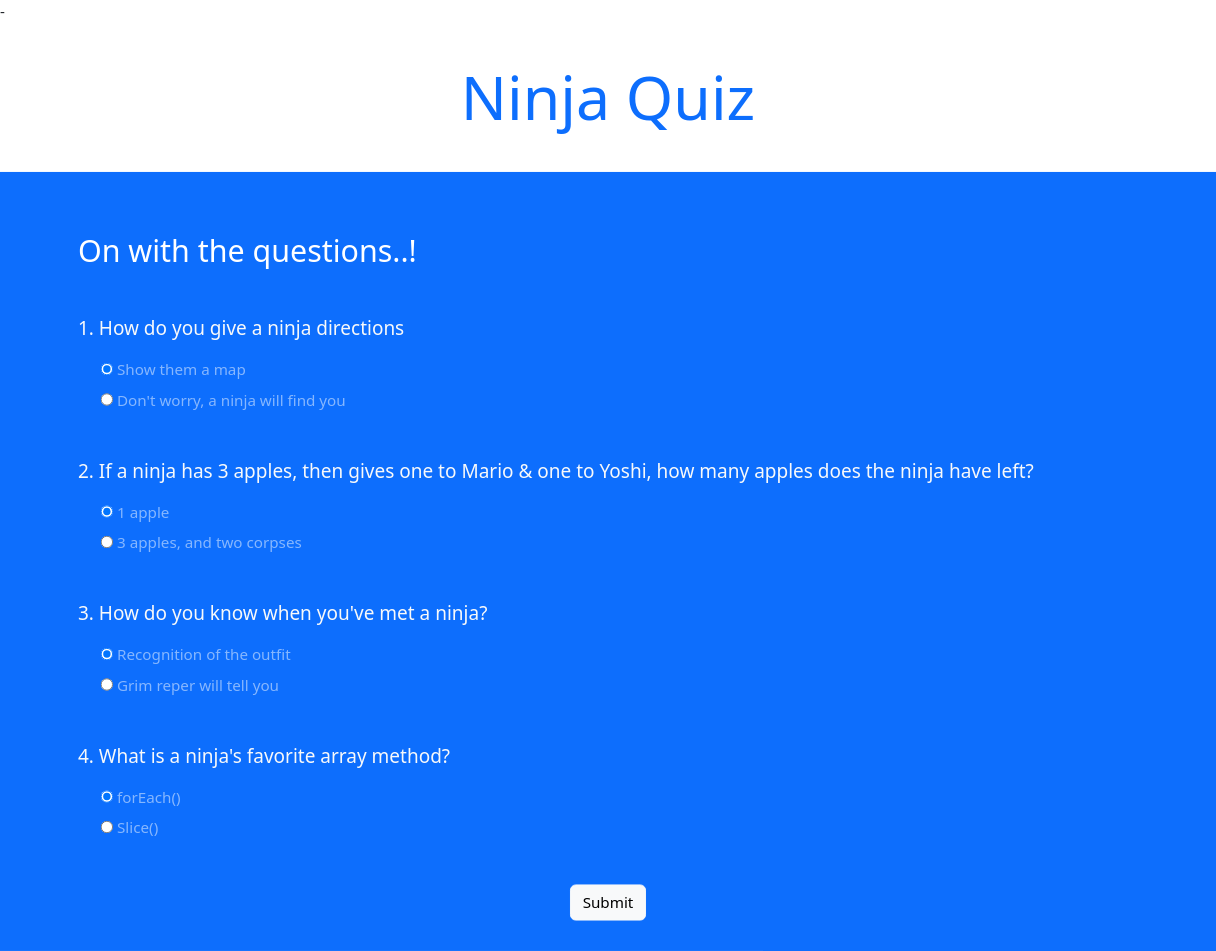
Repository: Programmer-RD-AI/Modern-JavaScript-Complete-guide-from-Novice-to-Ninja
Page: ninja_quiz/index.html
An editor plug-in stored every save of this project. The page is shown before and after the next save, followed by the edit.
The browser window is 1280 px wide. The pictures show the whole page, at 95% of full size.

Above is the page before, as saved 2023-12-26 15:54:23.

After the next save:
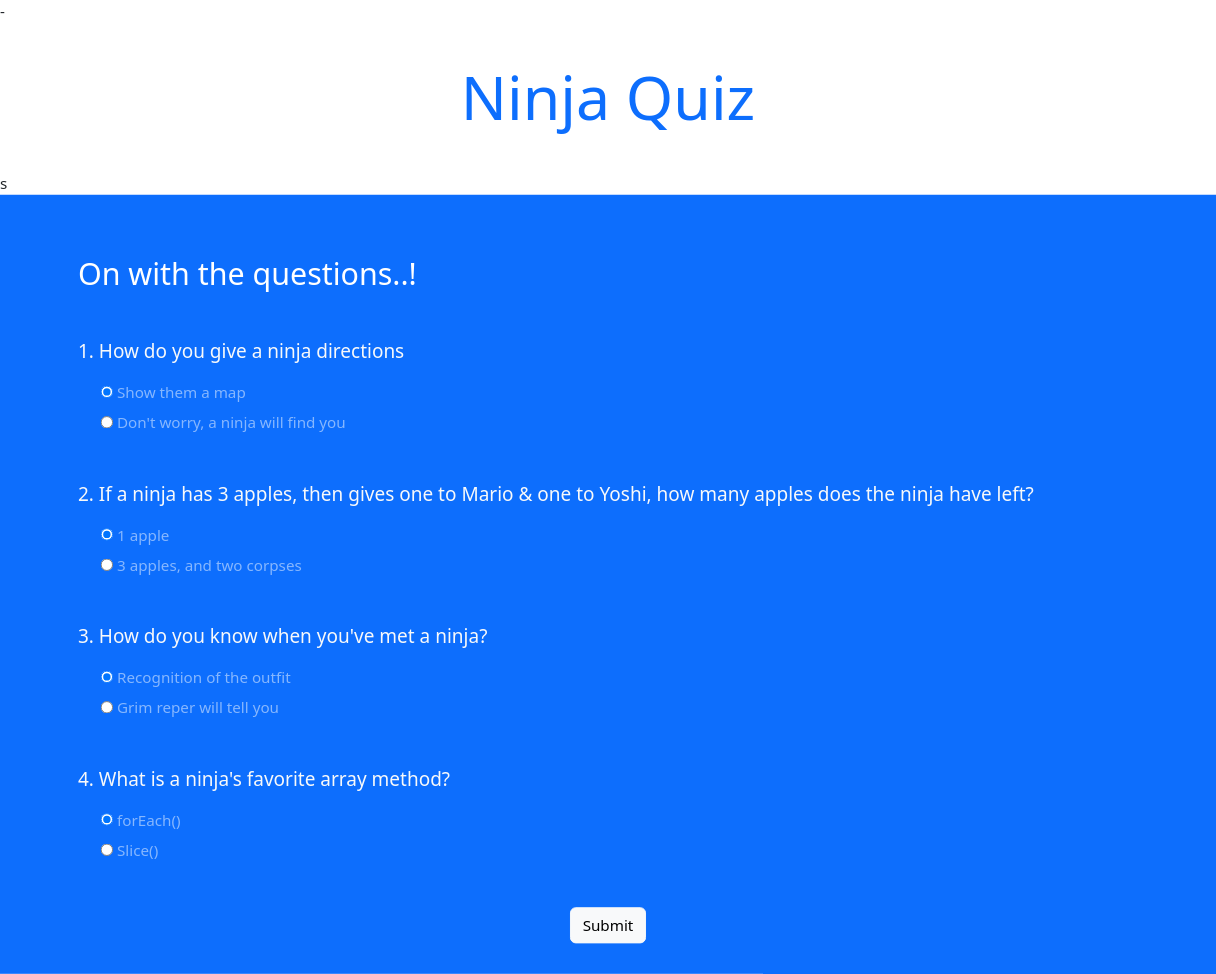
Saved 99 s later.
--- a/ninja_quiz/index.html
+++ b/ninja_quiz/index.html
@@ -19,6 +19,7 @@
         <h2 class="text-primary display-3 my-4">Ninja Quiz</h2>
       </div>
     </div>
+    s
     <!-- quiz section -->
     <div class="quiz py-3 bg-primary">
       <div class="container">

After the save that followed:
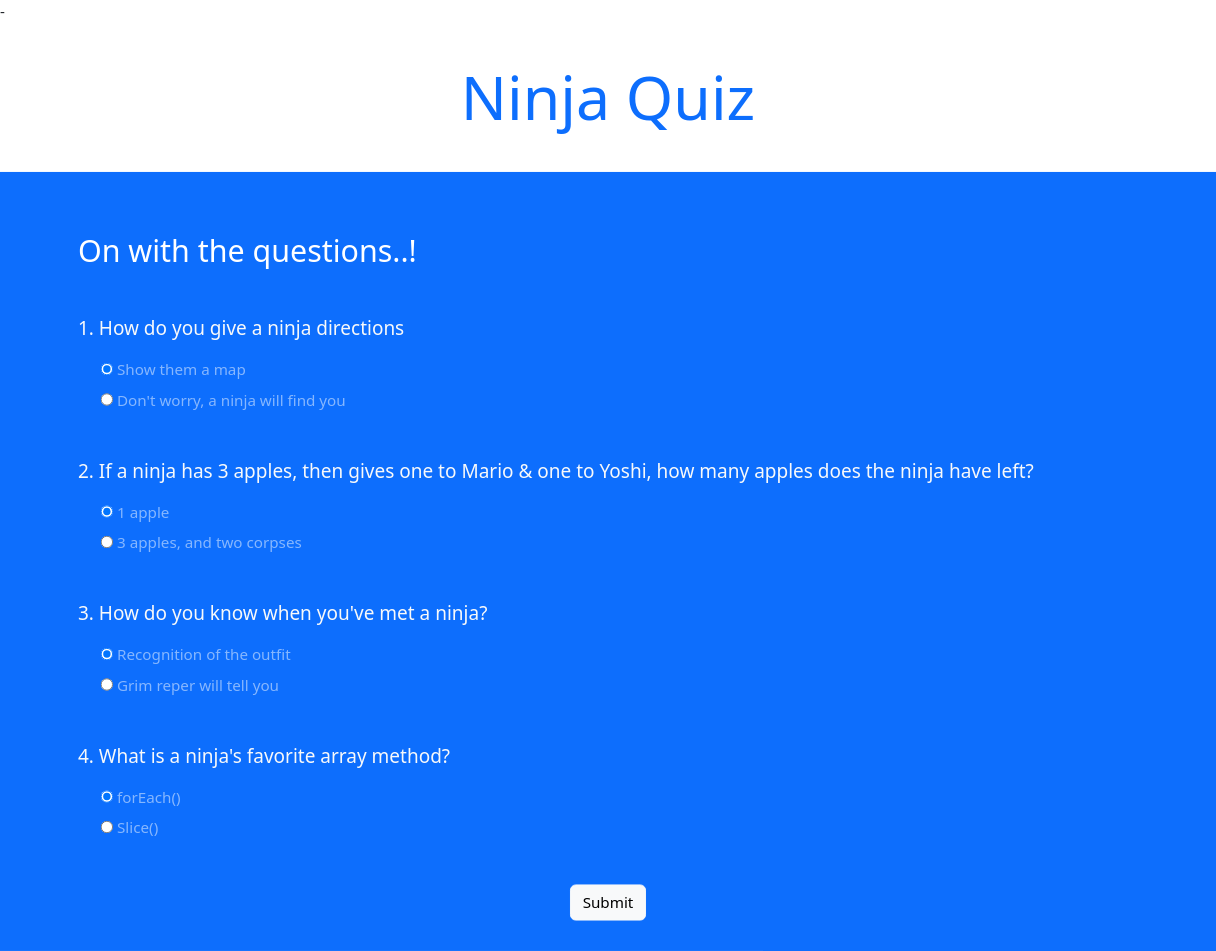
Saved 19 s later.
--- a/ninja_quiz/index.html
+++ b/ninja_quiz/index.html
@@ -19,7 +19,7 @@
         <h2 class="text-primary display-3 my-4">Ninja Quiz</h2>
       </div>
     </div>
-    s
+    <div class="result py-4 d-none bg-light text-center"><div class="container lead"></div></div>
     <!-- quiz section -->
     <div class="quiz py-3 bg-primary">
       <div class="container">
